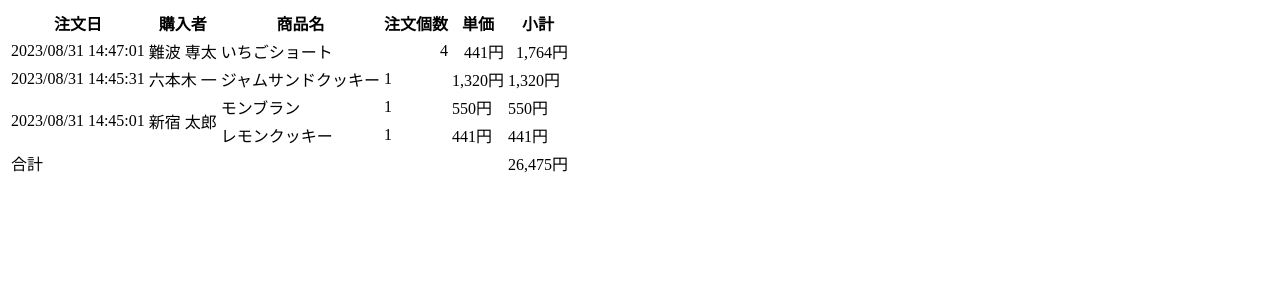
Repository: HayatoTakaha/bookers2-debug
Page: table/index.html
The author's editor kept a record of every edit. The page is drawn from the files as they stood at one moment, then again after the next edit.
The browser window is 1280 px wide. The pictures show the whole page.

Above is the page before.

After the next edit:
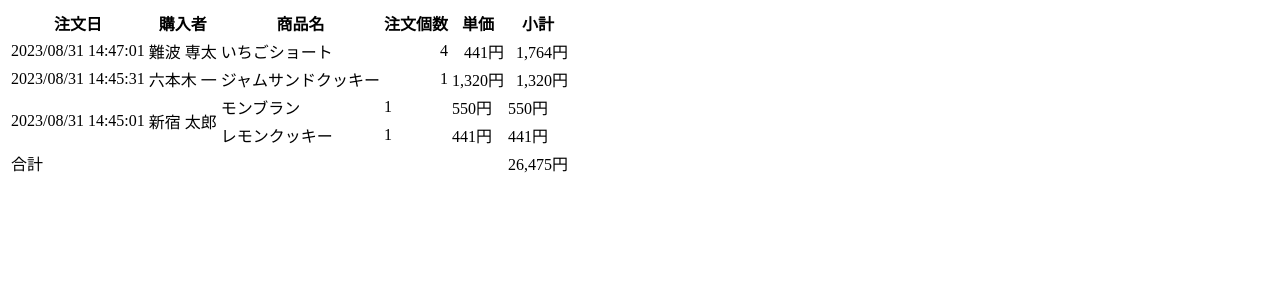
The edit:
--- a/table/index.html
+++ b/table/index.html
@@ -69,9 +69,9 @@
 <tr><td>2023/08/31 14:45:31</td>
 <td>六本木 一</td>
 <td>ジャムサンドクッキー</td>
-<td>1</td>
-<td>1,320円</td>
-<td>1,320円</td>
+<td class="is_num">1</td>
+<td class="is_num">1,320円</td>
+<td class="is_num">1,320円</td>
 </tr>
 <tr>
   <td rowspan="2">2023/08/31 14:45:01</td>
